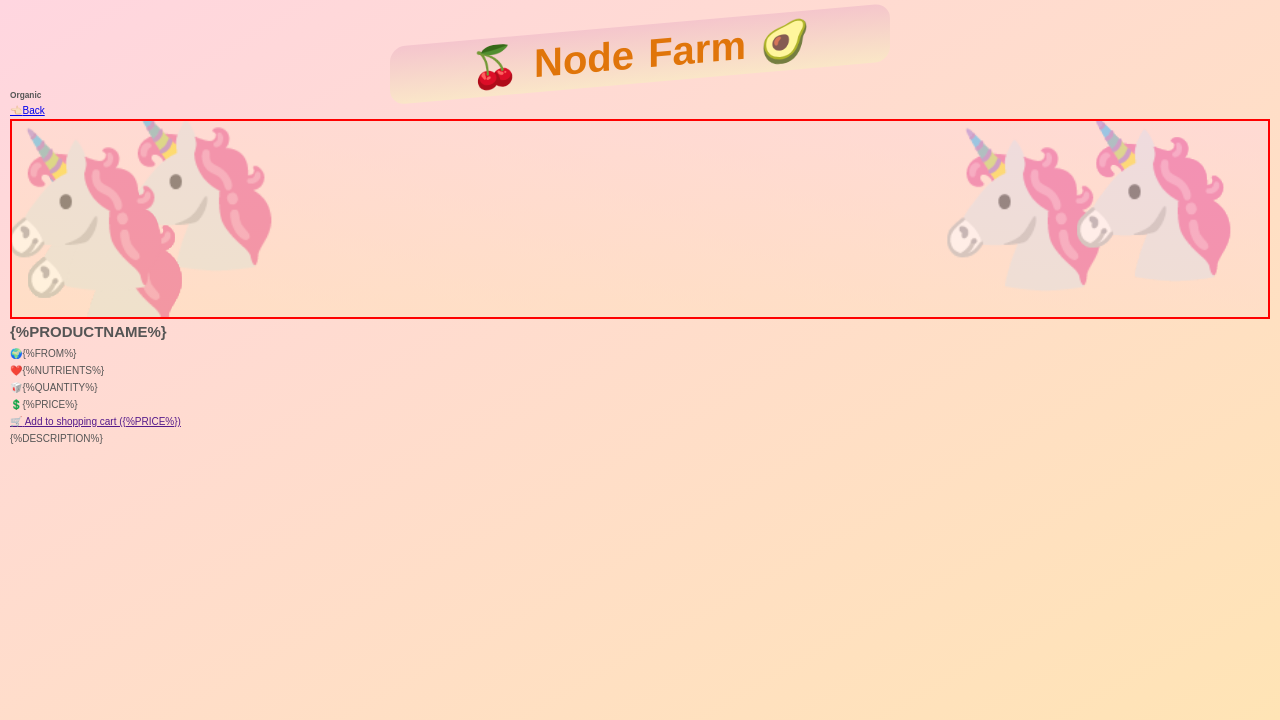
Repository: Kubraaygun/NodeFarm_Backend
Page: templates/product.html
These files come from the project's save history. The page is drawn as it stood at one moment and after the next save; the edit follows.
The browser window is 1280 px wide. The pictures show the whole page.

Above is the page before, as saved 2025-09-04 22:32:55.

### templates/product.html
<!DOCTYPE html>
<html lang="en">
  <head>
    <meta charset="UTF-8" />
    <meta name="viewport" content="width=device-width, initial-scale=1.0" />
    <title>{%PRODUCTNAME%} {%IMAGE%} /// NODE FARM</title>
    <style>
      *,
      *::before,
      *::after {
        margin: 0;
        padding: 0;
        box-sizing: inherit;
      }
      html {
        font-size: 10px;
        box-sizing: border-box;
      }
      body {
        padding: 20px 10px 10px;
        line-height: 1.7;
        font-family: sans-serif;
        color: #555;
        background: linear-gradient(to bottom right, #ffd6e0, #ffe4b5);
        min-height: 100vh;
      }

      h1 {
        font-size: 4rem;
        color: rgb(224, 117, 10);
        transform: skewY(-5deg);
        text-align: center;
        position: relative;
        word-spacing: 3px;
      }
      h1::before {
        content: "";
        display: block;
        height: 85%;
        width: 50%;
        max-width: 500px;
        min-width: 350px;
        background: linear-gradient(
          to bottom,
          #f0bdc9,
          /* canlı pembe */ #f8ebc3
        );
        position: absolute;
        z-index: -1;
        left: 50%;
        top: 50%;
        opacity: 0.7;
        transform: translate(-50%, -50%);
        border-radius: 15px;
      }

      .container {
        width: 100%;
        margin: 0 auto;
      }
      .product__hero {
        position: relative;
        height: 20rem;
        overflow: hidden;
        border: 2px solid red;
      }
      .product__hero::before {
        content: "";
        display: block;
        height: 100%;
        width: 100%;
        z-index: 100;
        position: absolute;
        top: 0;
        left: 0;
        background: linear-gradient(to left bottom, #ffd6e0, #ffe4b5);
        opacity: 0.5;
      }

      .product__emoji {
        font-size: 15rem;
        position: absolute;
      }
      .product__emoji--1 {
        top: -4rem;
        left: -2rem;
        z-index: 10;
      }
      .product__emoji--2 {
        top: -6rem;
        left: 9rem;
      }
      .product__emoji--3 {
        top: -4rem;
        right: 15rem;
      }
      .product__emoji--4 {
        top: -5rem;
        right: 2rem;
      }
      .product__emoji--5 {
        top: -5rem;
        right: 2rem;
      }
    </style>
  </head>
  <body>
    <div class="container">
      <h1>🍒 Node Farm 🥑</h1>
      <figure class="product">
        <div class="product__organic {%NOT_ORGANIC%}">
          <h5>Organic</h5>
        </div>
        <a href="/overview" class="product__back">
          <span class="emoji-left">👈🏻</span>Back</a
        >
        <div class="product__hero">
          <span class="product__emoji product__emoji--1">🦄</span>
          <span class="product__emoji product__emoji--2">🦄</span>
          <span class="product__emoji product__emoji--3">🦄</span>
          <span class="product__emoji product__emoji--4">🦄</span>
          <span class="product__emoji product__emoji--5">🦄</span>
          <span class="product__emoji product__emoji--6">🦄</span>
          <span class="product__emoji product__emoji--7">🦄</span>
          <span class="product__emoji product__emoji--8">🦄</span>
          <span class="product__emoji product__emoji--9">🦄</span>
          <span class="product__emoji product__emoji--10">🦄</span>
        </div>

        <h2 class="product__name">{%PRODUCTNAME%}</h2>
        <div class="product__details">
          <p><span class="emoji-left">🌍</span>{%FROM%}</p>
          <p><span class="emoji-left">❤️</span>{%NUTRIENTS%}</p>
          <p><span class="emoji-left">🥡</span>{%QUANTITY%}</p>
          <p><span class="emoji-left">💲</span>{%PRICE%}</p>
        </div>

        <a href="" class="product__link">
          <span class="emoji-left">🛒</span>
          <span>Add to shopping cart ({%PRICE%})</span>
        </a>
        <p class="product__description">{%DESCRIPTION%}</p>
      </figure>
    </div>
  </body>
</html>

After the next save:
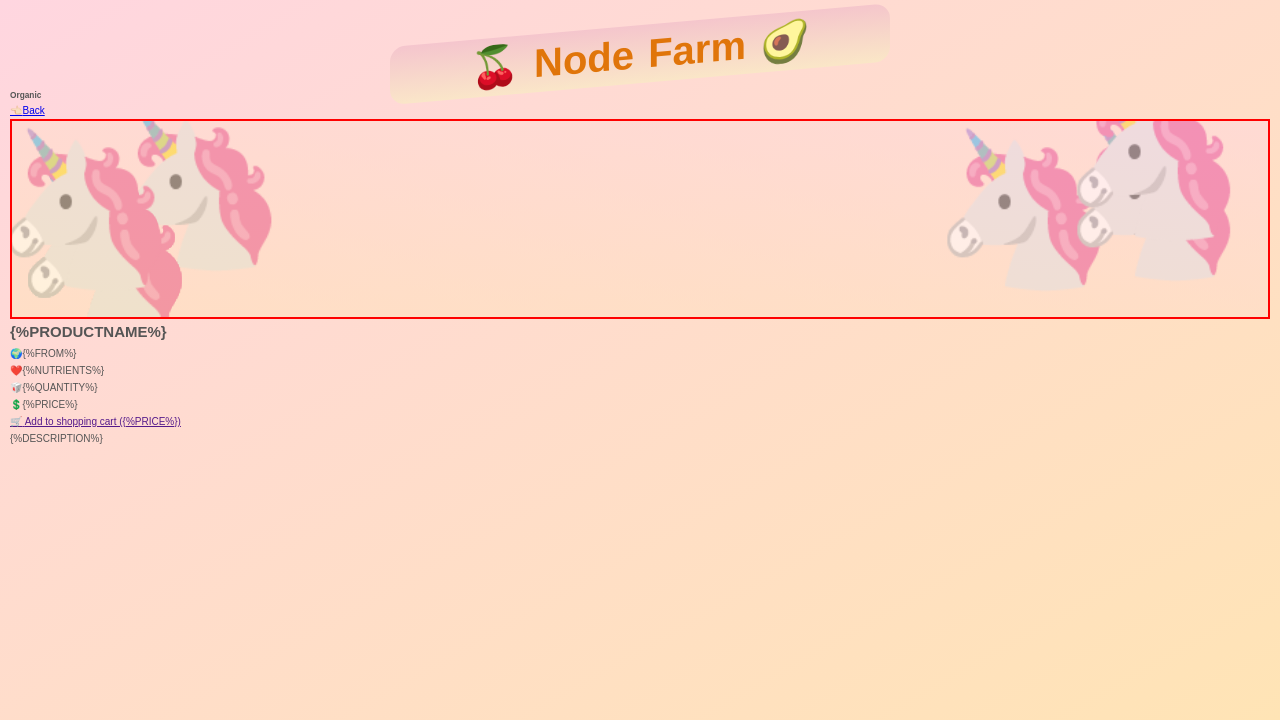
Saved 5 s later.
--- a/templates/product.html
+++ b/templates/product.html
@@ -99,7 +99,7 @@
         right: 2rem;
       }
       .product__emoji--5 {
-        top: -5rem;
+        top: -9rem;
         right: 2rem;
       }
     </style>
